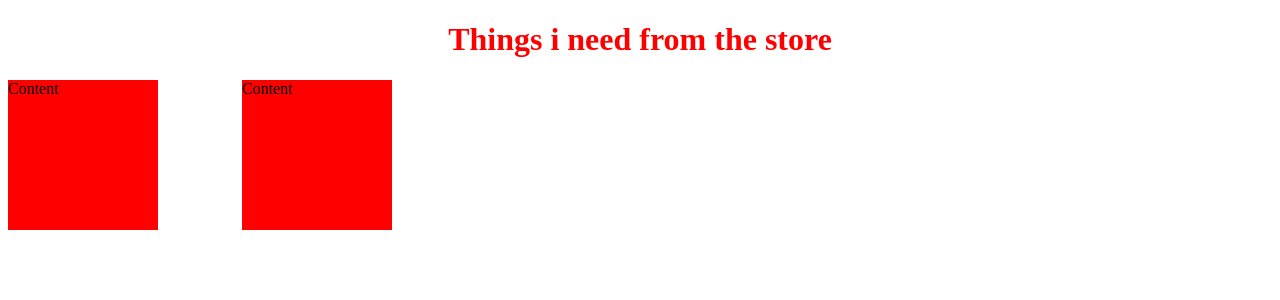
Repository: TheTroyPhillips/Block14
Page: Coursework/Block06/index.html
An editor plug-in stored every save of this project. The page is shown before and after a run of saves, followed by the edit.
The browser window is 1280 px wide. The pictures show the whole page.

Above is the page before, as saved 2023-08-29 17:17:56.

### Coursework/Block06/index.html
<!DOCTYPE html>
<html lang="en">
<head>
    <meta charset="UTF-8">
    <meta name="viewport" content="width=device-width, initial-scale=1.0">
    <title>Troy's Grocery List</title>
    <link rel="stylesheet" href="styles.css">
</head>
<body>
    <h1> Things i need from the store</h1>
    <div class="Box Red"> Content </div>
    <div class="Box Red"> Content </div>


</body>
</html>

### Coursework/Block06/styles.css
h1 {
    color: red;
    text-align: center;
}
.Box{
    width: 150px;
    height:150px;
    color: black;
    display: inline-block;
    margin-right: 80px
}
.Red{
    background-color: red;
}

After the next 2 saves:
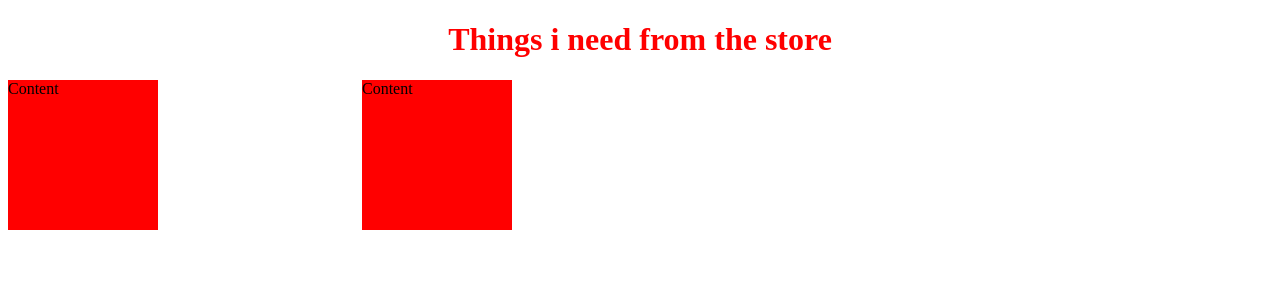
The 2 saves are shown as one change because they came seconds apart.
The last was saved 7 s later.
--- a/Coursework/Block06/styles.css
+++ b/Coursework/Block06/styles.css
@@ -7,7 +7,7 @@ h1 {
     height:150px;
     color: black;
     display: inline-block;
-    margin-right: 80px
+    margin-right: 200px
 }
 .Red{
     background-color: red;
